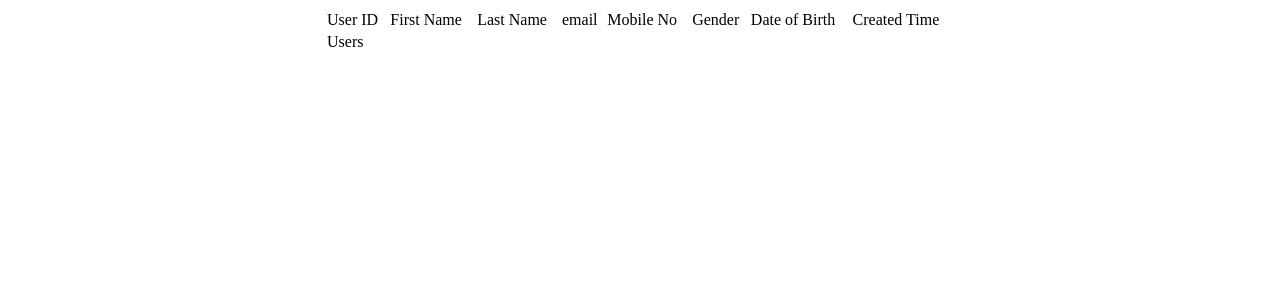
Repository: kewatraviraj/My_Work
Page: http://localhost/registration/save
These files come from the project's save history. The page is drawn as it stood at one moment and after the next save; the edit follows.
The browser window is 1280 px wide. The pictures show the whole page.
The page is served by Tomcat 9. Queries for data that is not in the repository find no rows.

Above is the page before, as saved 2018-08-30 10:03:49.

After the next save:
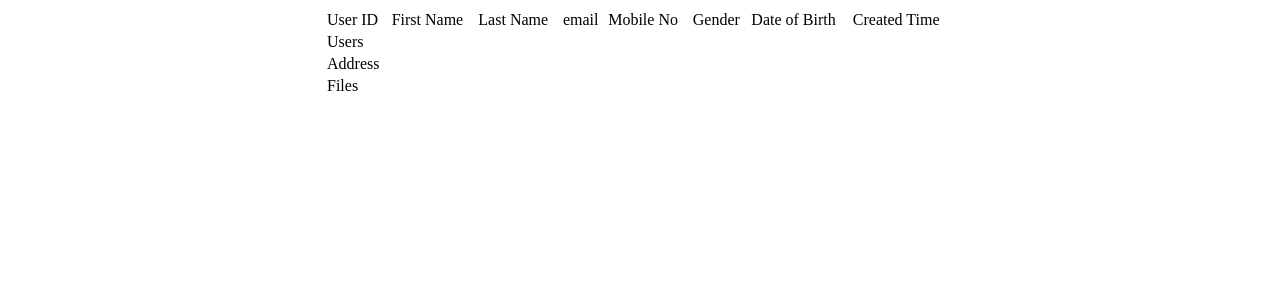
Saved 40 s later.
--- a/Eclipsework/registration/src/main/webapp/display.jsp
+++ b/Eclipsework/registration/src/main/webapp/display.jsp
@@ -30,8 +30,12 @@
 				<td><c:out value="${user.created_time }"></c:out>
 			</tr>
 		</c:forEach>
-		<tr><td></td></tr>
+		<tr><td>Address</td></tr>
 		<c:forEach items="{requestScope.address}" var="address">
+
+		</c:forEach>
+		<tr><td>Files</td></tr>
+		<c:forEach items="{requestScope.files}" var="file">
 
 		</c:forEach>
 	</table>
